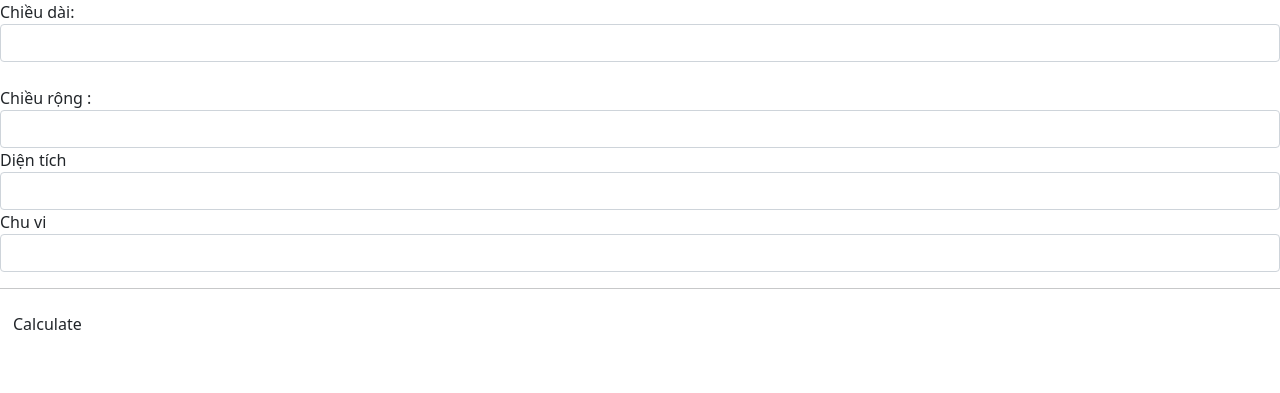
Repository: OanhBuonNgu/Lab4_AngularJS
Page: lab4.4.html
The author's editor kept a copy of each file at every save. The page is drawn from the files as they stood at one save, then again after the next save.
The browser window is 1280 px wide. The pictures show the whole page.

Above is the page before, as saved 2022-07-22 12:37:52.

After the next save:
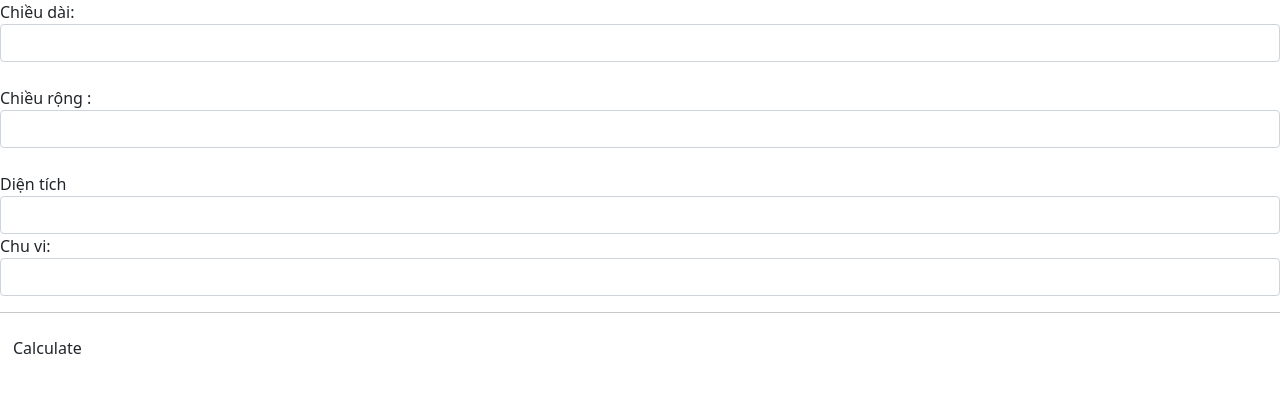
Saved 23 s later.
--- a/lab4.4.html
+++ b/lab4.4.html
@@ -14,8 +14,10 @@
     <div ng-controller="info">
         Chiều dài:
         <input type="text" ng-model="cd" class="form-control" />
-        <br/> Chiều rộng : <input type="text" ng-model="cr" class="form-control" /> Diện tích
-        <input ng-bind="acreage" class="form-control" /> Chu vi
+        <br/> Chiều rộng : <input type="text" ng-model="cr" class="form-control" />
+        <br> Diện tích
+        <input ng-bind="acreage" class="form-control" /> Chu vi:
+        <br>
         <input ng-bind="perimeter" class="form-control" />
         <hr>
         <form class="form-group">
